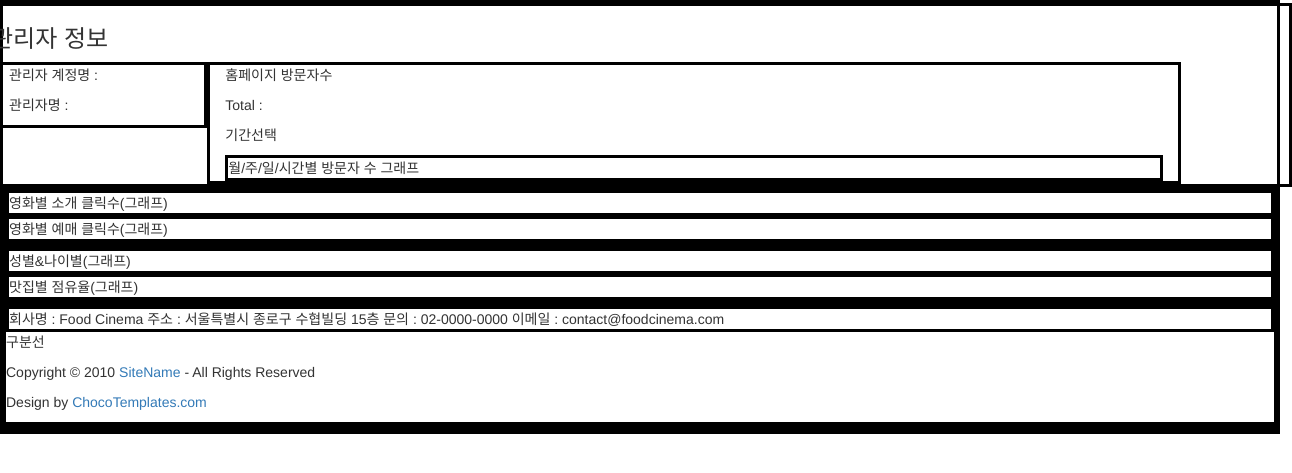
Repository: fhwang2/WEB
Page: http://localhost/FoodCinema/admin.jsp
An editor plug-in stored every save of this project. The page is shown before and after the next save, followed by the edit.
The browser window is 1280 px wide. The page is 1292 px wide, so the pictures cover 1292 px, including what lies to the right of the window. The pictures show the whole page.
The page is served by Tomcat 9.

Above is the page before, as saved 2019-07-11 09:03:53.

### FoodCinema/WebContent/admin.jsp
<%@ page language="java" contentType="text/html; charset=UTF-8"
	pageEncoding="UTF-8"%>
<!DOCTYPE html>
<head>
<title>Food Cinema</title>
<meta http-equiv="Content-Type" content="text/html; charset=utf-8" />
<link rel="stylesheet"
	href="https://maxcdn.bootstrapcdn.com/bootstrap/3.4.0/css/bootstrap.min.css">
<script src="https://ajax.googleapis.com/ajax/libs/jquery/3.4.1/jquery.min.js"></script>
<script	src="https://maxcdn.bootstrapcdn.com/bootstrap/3.4.0/js/bootstrap.min.js"></script>
<script type="text/javascript" src="js/jquery-1.4.2.min.js"></script>
<script type="text/javascript" src="js/jquery-func.js"></script>

<style>

.adminTotal{
	display : grid;
}
div {
	border-style: solid;
	border-color: black;
}

</style>

</head>
<body>
	<div id="shell">
		<!-- <div id="header">
			<h1 id="logo">
				<a href="#">FoodCinema</a>
			</h1>
		</div> -->
		<div id="admin_total" class="row">
			<h3>관리자 정보</h3>
			<div id="admin_info" class="col-sm-2">

				<p class="">
					관리자 계정명 :
					<%

				%>
				</p>
				<p>
					관리자명 :
					<%

				%>
				</p>
			</div>
			<div id="totalCnt" class="col-sm-9">
				<p>홈페이지 방문자수</p>
				<p>
					Total :
					<%

				%>
				</p>
				<p>기간선택</p>
				<div id="visitor">월/주/일/시간별 방문자 수 그래프</div>
			</div>
		</div>
		<div id="movie_stat">
			<div id="movie_info_count">영화별 소개 클릭수(그래프)</div>
			<div id="movie_ing_count">영화별 예매 클릭수(그래프)</div>
		</div>
		<div id="matzip_stat">
			<div id="matzip_sex+age">성별&나이별(그래프)</div>
			<div id="matzip_share">맛집별 점유율(그래프)</div>
		</div>
		<div id="footer">
			<div id="companyInfo">
				회사명 : Food Cinema
				주소 : 서울특별시 종로구 수협빌딩 15층
				문의 : 02-0000-0000
				이메일 : contact@foodcinema.com
			</div>
			<p>구분선</p>
			<p class="lf">
				Copyright &copy; 2010 <a href="#">SiteName</a> - All Rights Reserved
			</p>
			<p class="rf">
				Design by <a href="http://chocotemplates.com/">ChocoTemplates.com</a>
			</p>
			<div style="clear: both;"></div>
		</div>
	</div>
</body>
</html>

Loaded but not shown: FoodCinema/WebContent/js/jquery-1.4.2.min.js (library); FoodCinema/WebContent/js/jquery-func.js (common file)

After the next save:
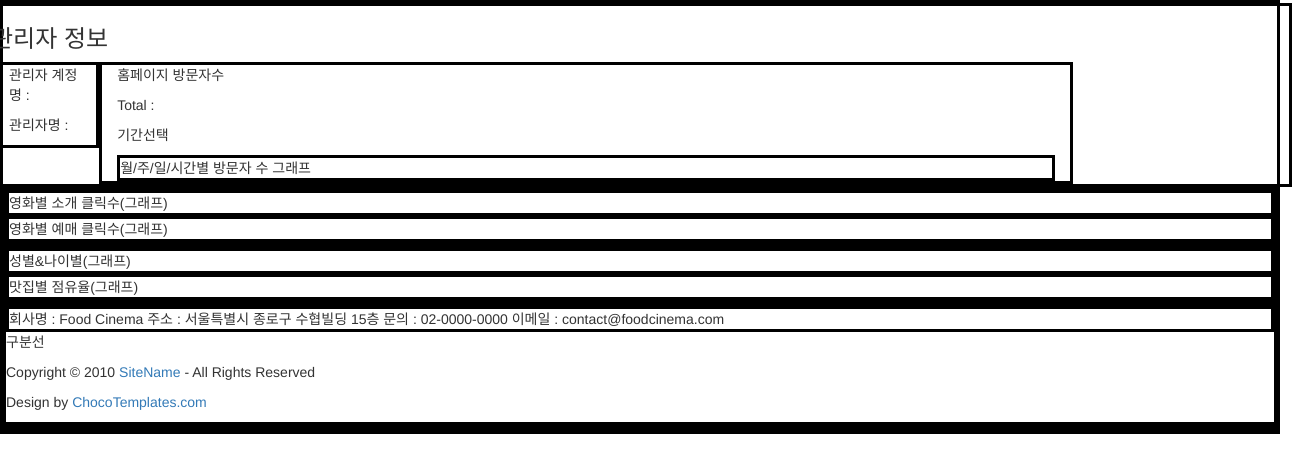
Saved 6 s later.
--- a/FoodCinema/WebContent/admin.jsp
+++ b/FoodCinema/WebContent/admin.jsp
@@ -33,7 +33,7 @@ div {
 		</div> -->
 		<div id="admin_total" class="row">
 			<h3>관리자 정보</h3>
-			<div id="admin_info" class="col-sm-2">
+			<div id="admin_info" class="col-sm-1">
 
 				<p class="">
 					관리자 계정명 :
